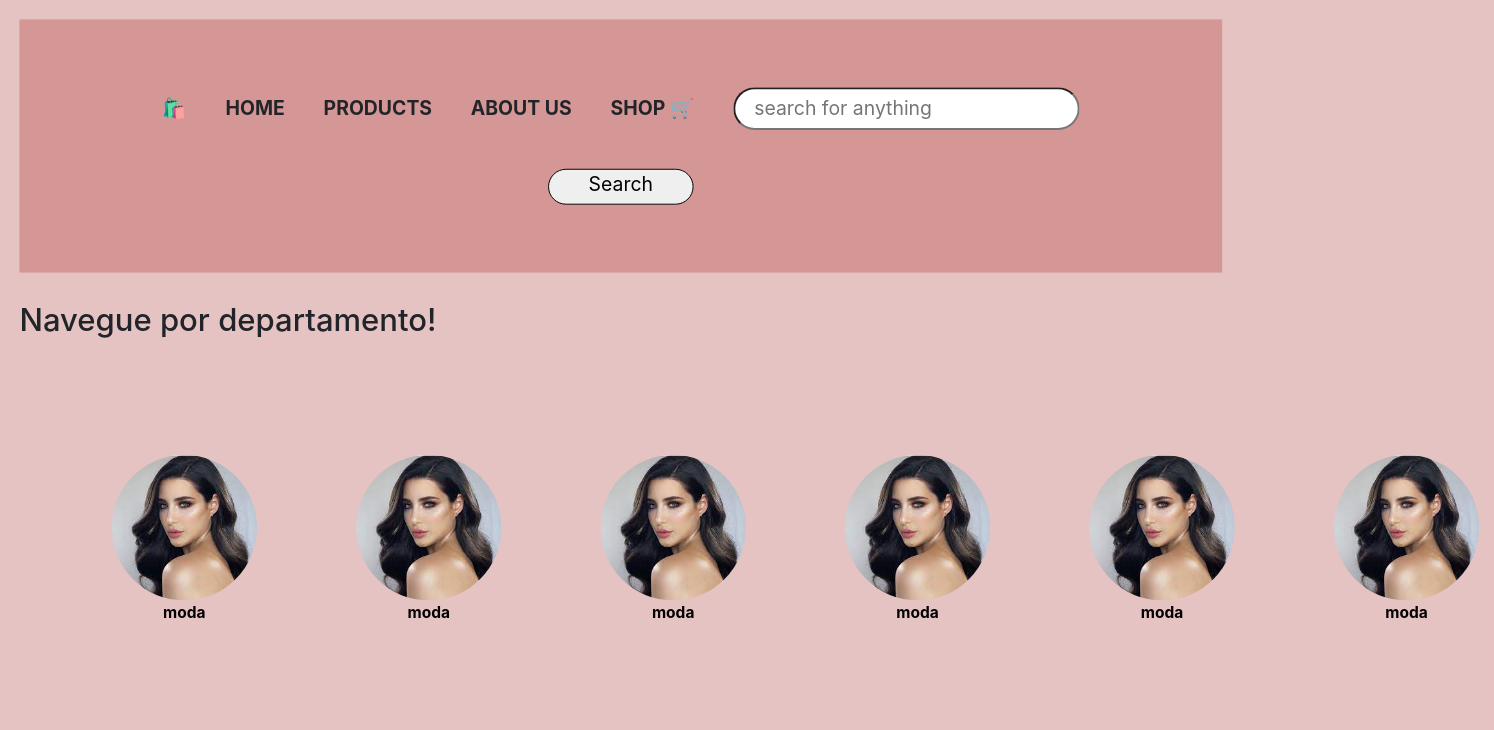
Repository: thf4/Project-Shop
Page: /
An editor plug-in stored every save of this project. The page is shown before and after the next save, followed by the edit.
The browser window is 1280 px wide. The page is 1540 px wide, so the pictures cover 1540 px, including what lies to the right of the window. The pictures show the whole page, at 97% of full size.
The project was rebuilt for these pictures with package versions that can differ from the ones it lists, and the page was loaded fresh each time.

Above is the page before, as saved 2021-04-22 15:56:23.

### src/index.js
import React from 'react';
import ReactDOM from 'react-dom';
import 'bootstrap/dist/css/bootstrap.min.css';
import App from './App'
import Exemplo from './Exemplo'

ReactDOM.render(
  <React.StrictMode>
   <App />
   <Exemplo />
  </React.StrictMode>,
  document.getElementById('root')
);

### src/App.js
/* eslint-disable jsx-a11y/anchor-is-valid */
import "./App.css";

function App() {
  return (
    <div className="App">
      <header className="App-header">
        <ul id="Lista">
          <li>🛍</li>
          <li> HOME </li>
          <li> PRODUCTS </li>
          <li> ABOUT US</li>
          <li> SHOP 🛒</li>
          <li>
            <input
              type="text"
              id="area-find"
              placeholder="search for anything"
            />
          </li>
          <li>
            <button id="button" for="input">
              Search
            </button>
          </li>
        </ul>

      </header>
    </div>
  );
}

export default App;

### src/Exemplo.js
import "./Exemplo.css";

const img =
  "data:[embedded picture, 8015 characters]";
const alt = "Area De Beleza";
const links = "#";
const nameSection = "moda";

function Exemplo() {
  return (
    <div>
      <h2>Navegue por departamento!</h2>
      <section className="list">
        <Foto />
        <Foto />
        <Foto />
        <Foto />
        <Foto />
        <Foto />
      </section>
    </div>
  );
}

const Foto = () => {
  return (
    <article className="foto-banner">
      <a className="link" href={links}>
        <img className="foto" src={img} alt={alt} /> {nameSection}
      </a>
    </article>
  );
};

export default Exemplo;

### src/App.css
*{
  margin:0;
  padding:0;
  box-sizing: border-box;
}



.App{
  width: 100%;
  height: auto;
  padding: 20px;
}
body{
  background:#a0171741;
}


#Lista{
  list-style-type: none;
  margin: 0;

  font-weight: bold;
  text-align: center;
  padding: 50px 50px;
}
li{
 display: inline-block;
 font-size: 20px;
 padding: 20px;

}
li:hover{
  color: rgb(209, 9, 59);
}
#button{
  border-radius: 30px;
  border-style: groove;
  border-width: 1px;
  height: 35px;
  width: 150px;
  padding-bottom:35px;
}

#area-find{
  padding:20px;
  border-radius: 50px;
  height: 40px;
  width: 100%;
}
#button:hover{
  border-style: hidden;
}
.App-header{

  background-color: #a0171741;
}

### src/Exemplo.css
.foto-banner{
width:180px;
padding: 10px;
border-radius: 20px;
margin: 20px;
text-align: center;


}
h2{
  padding: 10px 20px;
}
.foto{
  width: 150px;
  border-radius: 120px;
  border-style: hidden  ;

}
.link{
  font-weight: bold;
  color: black;
}
.foto-banner:hover{

border: solid 1px black;


}
.list{
  width: 90vw;
  max-width: 940px;
  margin: 5rem;
  display: grid;
  gap: 2rem;
  list-style-type: none;
}
@media screen{
.list {
  grid-template-columns: repeat(6,1fr);
}


}

Loaded but not shown: public/index.html (common file)

After the next save:
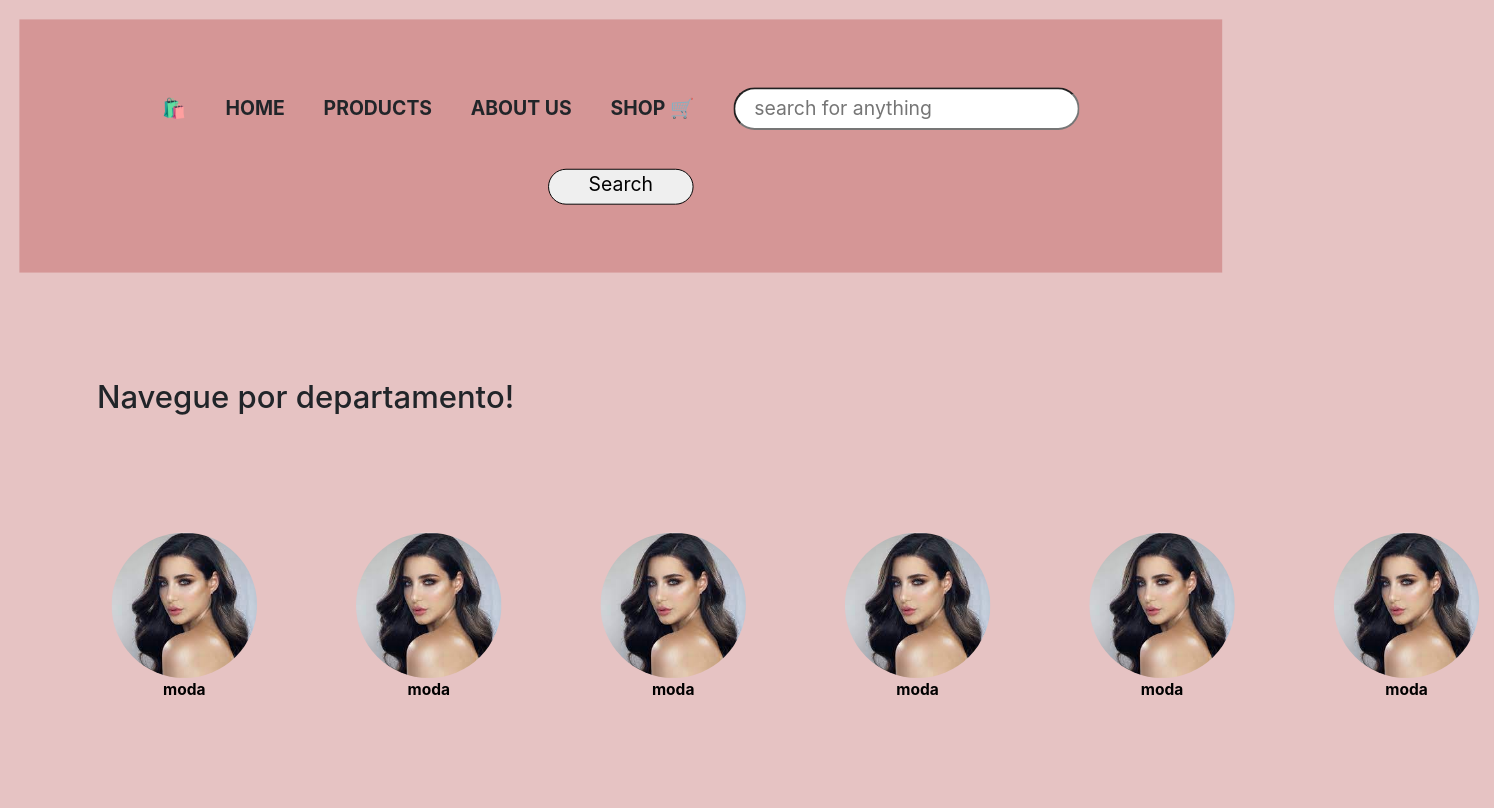
Saved 31 s later.
--- a/src/Exemplo.css
+++ b/src/Exemplo.css
@@ -9,6 +9,7 @@ text-align: center;
 }
 h2{
   padding: 10px 20px;
+  margin: 5rem;
 }
 .foto{
   width: 150px;
